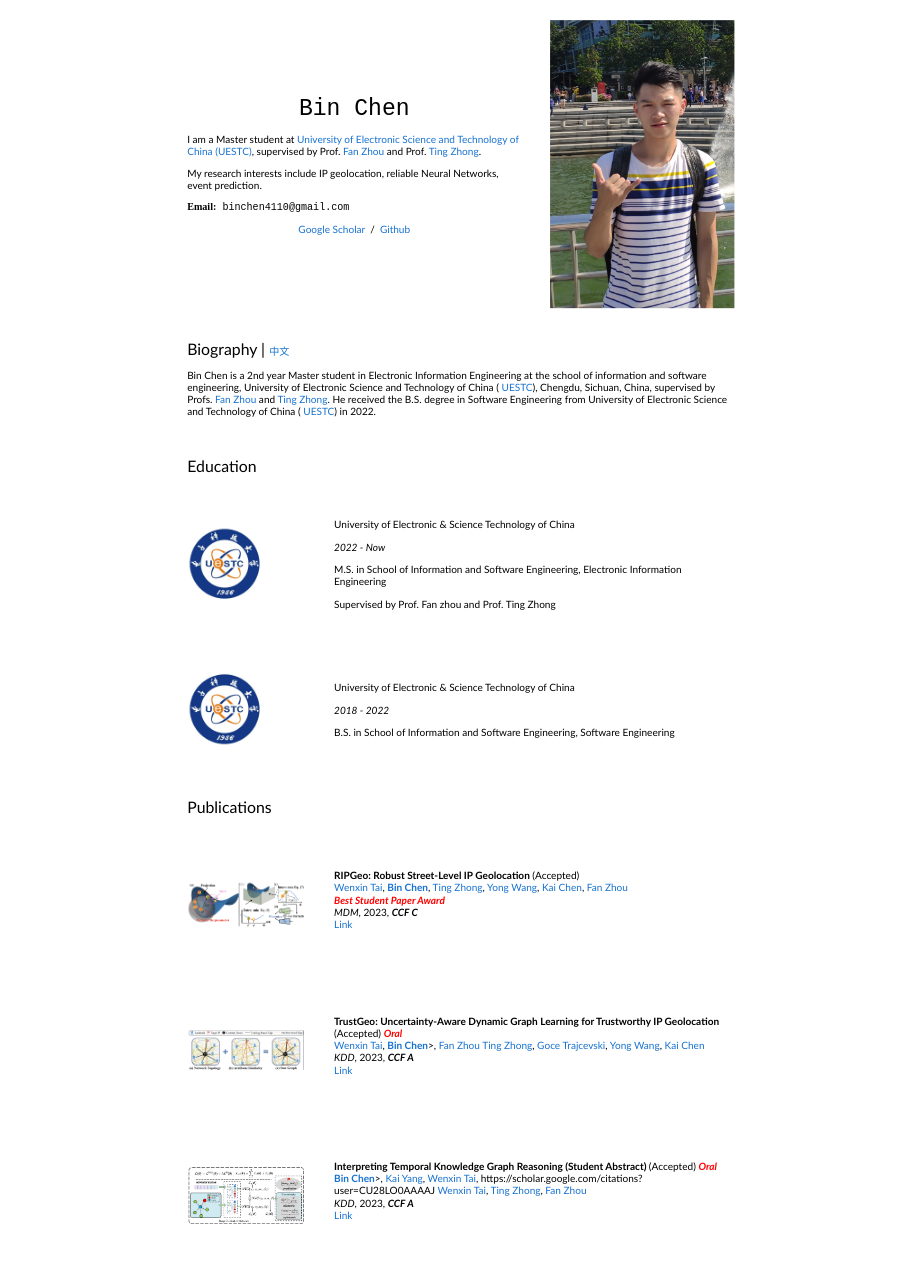
Repository: b1nchen/b1nchen.github.io
Page: index.html
The author's editor kept a copy of each file at every save. The page is drawn from the files as they stood at one save, then again after a run of saves.
The browser window is 1280 px wide. The pictures show the part of the page from y = 0 to 1773 px (the page is 2141 px tall), at 72% of full size.
A picture or video elsewhere on the page could not be fetched, so the positions and the page height are approximate.

Above is the page before, as saved 2023-12-31 08:26:28.

### index.html
<!DOCTYPE HTML>
<html lang="en">

<head>
  <meta http-equiv="Content-Type" content="text/html; charset=UTF-8">

  <title>Bin Chen</title>

  <meta name="author" content="Bin Chen">
  <meta name="viewport" content="width=device-width, initial-scale=1">

  <link rel="stylesheet" type="text/css" href="stylesheet.css">
  <link rel="icon" href="images/uestc_icon.jpeg">
</head>

<body>

  <table
    style="width:100%;max-width:800px;border:0px;border-spacing:0px;border-collapse:separate;margin-right:auto;margin-left:auto;">
    <tbody>
      <tr style="padding:0px">
        <td style="padding:0px">
          <table
            style="width:100%;border:0px;border-spacing:0px;border-collapse:separate;margin-right:auto;margin-left:auto;">
            <tbody>
              <tr style="padding:0px">
                <td style="padding:2.5%;width:63%;vertical-align:middle">
                  <p style="text-align:center">
                    <name>Bin Chen</name>
                  </p>
                  <p>I am a Master student at <a href="https://en.uestc.edu.cn/">University of Electronic Science and
                      Technology of China (UESTC)</a>, supervised by Prof. <a
                      href="https://scholar.google.com/citations?user=Ihj2Rw8AAAAJ">Fan Zhou</a> and Prof. <a
                      href="https://scholar.google.com/citations?user=Mdr0XDkAAAAJ">Ting Zhong</a>.
                      <!-- <a href="xovee.cn">Xovee</a> also helps me a lot, as sa  -->
                  </p>
                  <p>
                    My research interests include IP geolocation, reliable Neural Networks, event prediction.
                  </p>
                  <p style="font-family: 'Courier New', Courier, monospace;">
                    <!-- <b style="font-family: 'Times New Roman', Times, serif;">Email:</b> <em>firstname</em>.<em>lastname</em>@ieee.org
                    <br>
                    &nbsp &nbsp &nbsp
                    <em>firstname</em>.<em>lastname</em>417@outlook.com <br> -->
                    <b style="font-family: 'Times New Roman', Times, serif;">
                      Email:</b> binchen4110@gmail.com
                     <br>

                  </p>
                  <p style="text-align:center">

                    <a href="https://scholar.google.com/citations?user=x3ufhFAAAAAJ/">Google Scholar</a>
                    &nbsp/&nbsp
                    <a href="https://github.com/binchen4110/">Github</a>
                  </p>

                </td>
                <td style="padding:2.5%;width:40%;max-width:40%">
                  <a href="images/profile.jpg"><img style="width:100%;max-width:100%" alt="profile photo"
                      src="images/profile.jpg" class="hoverZoomLink"></a>
                </td>
              </tr>
            </tbody>
          </table>

          <table
            style="width:100%;border:0px;border-spacing:0px;border-collapse:separate;margin-right:auto;margin-left:auto;">
            <tbody>
              <tr>
                <td style="padding:20px;width:100%;vertical-align:middle">
                  <heading>Biography |
                    <a href="index_CHN.html">中文</a>
                  </heading>
                  <p>
                    Bin Chen is a 2nd year Master student in Electronic Information Engineering at the school of information and
                    software engineering, University of Electronic Science and Technology of China (<a
                      href="https://en.uestc.edu.cn/"> UESTC</a>), Chengdu, Sichuan, China, supervised by Profs. <a
                      href="https://scholar.google.com/citations?user=Ihj2Rw8AAAAJ">Fan Zhou</a> and <a
                      href="https://scholar.google.com/citations?user=Mdr0XDkAAAAJ">Ting Zhong</a>. He received the B.S.
                    degree in Software Engineering from University of Electronic Science and Technology of China (<a
                      href="https://www.uestc.edu.cn/"> UESTC</a>) in 2022.
                  </p>
                  <!-- <p>
                    He is a (student) member of the IEEE.
                  </p> -->
                </td>
              </tr>
            </tbody>
          </table>

          <table
            style="width:100%;border:0px;border-spacing:0px;border-collapse:separate;margin-right:auto;margin-left:auto;">
            <tbody>
              <tr>
                <td style="padding:20px;width:100%;vertical-align:middle">
                  <heading>Education</heading>
                </td>
              </tr>
            </tbody>
          </table>
          <table width="100%" align="center" border="0" cellpadding="20">
            <tbody>

              <tr>
                <td style="padding:20px;width:25%;vertical-align:middle">
                  <div class="flexbox">
                    <img src='images/uestc_icon.jpeg' width="100px">
                  </div>
                </td>
                <td style="padding:20px;width:75%;vertical-align:middle">
                  <p>University of Electronic & Science Technology of China</p>
                  <em>2022 - Now</em>
                  <p>M.S. in School of Information and Software Engineering, Electronic Information Engineering</p>
                  <p>Supervised by Prof. Fan zhou and Prof. Ting Zhong</p>

                </td>
              </tr>


              <tr>
                <td style="padding:20px;width:25%;vertical-align:middle">
                  <div class="flexbox">
                    <img src='images/uestc_icon.jpeg' width="100px">
                  </div>
                </td>
                <td style="padding:20px;width:75%;vertical-align:middle">
                  <p>University of Electronic & Science Technology of China</p>
                  <em> 2018 -  2022 </em>
                  <p> B.S. in School of Information and Software Engineering, Software Engineering</p>
                </td>
              </tr>


            </tbody>
          </table>


          <table width="100%" align="center" border="0" cellspacing="0" cellpadding="20">
            <tbody>
              <tr>
                <td>
                  <heading>Publications</heading>
                </td>
              </tr>
            </tbody>
          </table>
          <table width="100%" align="center" border="0" cellpadding="20">
            <tbody>

            <!-- MDM 2023 -->
              <tr onmouseout="ripgeo_data()" onmouseover="ripgeo_para()">
                <td style="padding:20px;width:25%;vertical-align:middle">
                  <div class="one">
                    <div class="two" id='data'>
                      <img src='images/ripgeo_perturb_data.png' width="160">


                    </div>
                    <img src="images/ripgeo_perturb_para.png" width="160">
                  </div>
                  <script type="text/javascript">
                    function ripgeo_data() {
                      document.getElementById('data').style.opacity = "0";
                    }

                    function ripgeo_para() {
                      document.getElementById('data').style.opacity = "1";
                    }
                    ripgeo_data()
                  </script>
                </td>
                <td style="padding:20px;width:75%;vertical-align:middle">

                  <papertitle>RIPGeo: Robust Street-Level IP Geolocation </papertitle>(Accepted)

                  <br>

                  <a href="https://scholar.google.com/citations?user=YyxocAIAAAAJ">Wenxin Tai</a>,
                  <a href="https://scholar.google.com/citations?user=x3ufhFAAAAAJ"><strong>Bin Chen</strong></a>,
                  <a href="https://scholar.google.com/citations?user=Mdr0XDkAAAAJ">Ting Zhong</a>,
                  <a>Yong Wang</a>,
                  <a href="https://scholar.google.com/citations?user=tnRV5QYAAAAJ">Kai Chen</a>,
                  <a href="https://scholar.google.com/citations?user=Ihj2Rw8AAAAJ">Fan Zhou</a>

                  <br>
                  <em><b style="color:red">Best Student Paper Award</b></em>
                  <br>
                  <em>MDM</em>, 2023, <em><strong>CCF C</strong></em>
                  <br>

                  <a href="https://drive.google.com/file/d/1j4smzenp6JkSxMC43B8BnPLQ7Mr1zgMb/view?usp=sharing">Link</a>


                  <!-- <a href="https://ieeexplore.ieee.org/document/9747900">链接</a>,
                  <a href="https://youtu.be/uT1pEfHbo14">视频</a>,
                  <a href="papers/ICASSP_5513_poster.pdf">海报</a>,
                  <a href="papers/ICASSP_slides.pptx">幻灯片</a>,
                  <a href="papers/ICASSP_2022_FUFI.pdf">下载</a>
                  <p></p>
                  <p>We incorporate evidential learning into IP geolocation to improve the stability of the system.. -->
                  </p>
                </td>
              </tr>


              <!-- KDD 2023 -->
              <tr onmouseout="FUFI_intro()" onmouseover="FUFI_end()">
                <td style="padding:20px;width:25%;vertical-align:middle">
                  <div class="one">
                    <div class="two" id='method'>
                      <img src='images/trustgeo_method.png' width="160">


                    </div>
                    <img src="images/trustgeo_model.png" width="160">
                  </div>
                  <script type="text/javascript">
                    function FUFI_intro() {
                      document.getElementById('method').style.opacity = "0";
                    }

                    function FUFI_end() {
                      document.getElementById('method').style.opacity = "1";
                    }
                    FUFI_intro()
                  </script>
                </td>
                <td style="padding:20px;width:75%;vertical-align:middle">

                  <papertitle>TrustGeo: Uncertainty-Aware Dynamic Graph Learning for Trustworthy IP Geolocation </papertitle>(Accepted) <em><b style="color:red">Oral</b></em>


                  <br>
                  <a href="https://scholar.google.com/citations?user=YyxocAIAAAAJ">Wenxin Tai</a>,
                  <a href="https://scholar.google.com/citations?user=x3ufhFAAAAAJ"><strong>Bin Chen</strong></a>>,
                  <a href="https://scholar.google.com/citations?user=Ihj2Rw8AAAAJ">Fan Zhou</a>
                  <a href="https://scholar.google.com/citations?user=Mdr0XDkAAAAJ">Ting Zhong</a>,
                  <a href="https://scholar.google.com/citations?user=Avus2kcAAAAJ">Goce Trajcevski</a>,
                  <a>Yong Wang</a>,
                  <a href="https://scholar.google.com/citations?user=tnRV5QYAAAAJ">Kai Chen</a>
                  <br>
                  <em>KDD</em>, 2023, <em><strong>CCF A</strong></em>
                  <br>

                  <a href="https://drive.google.com/file/d/1PgxtmzdQAYr9Ti3rvHGgnyf05PbP-WwI/view?usp=drive_link">Link</a>
                  <!-- <a href="https://ieeexplore.ieee.org/document/9747900">链接</a>,
                  <a href="https://youtu.be/uT1pEfHbo14">视频</a>,
                  <a href="papers/ICASSP_5513_poster.pdf">海报</a>,
                  <a href="papers/ICASSP_slides.pptx">幻灯片</a>,
                  <a href="papers/ICASSP_2022_FUFI.pdf">下载</a>
                  <p></p>
                  <p>We incorporate evidential learning into IP geolocation to improve the stability of the system.. -->
                  </p>
                </td>
              </tr>

             <!-- AAAI 2024 poster -->
             <tr onmouseout="FUFI_intro()" onmouseover="FUFI_end()">
              <td style="padding:20px;width:25%;vertical-align:middle">
                <div class="one">
                  <div class="two" id='method'>
                    <img src='images/trustgeo_method.png' width="160">


                  </div>
                  <img src="images/trustgeo_model.png" width="160">
                </div>
                <script type="text/javascript">
                  function FUFI_intro() {
                    document.getElementById('method').style.opacity = "0";
                  }

                  function FUFI_end() {
                    document.getElementById('method').style.opacity = "1";
                  }
                  FUFI_intro()
                </script>
              </td>
              <td style="padding:20px;width:75%;vertical-align:middle">

                <papertitle>Interpreting Temporal Knowledge Graph Reasoning (Student Abstract) </papertitle>(Accepted) <em><b style="color:red">Oral</b></em>


                <br>

                <a href="https://scholar.google.com/citations?user=x3ufhFAAAAAJ"><strong>Bin Chen</strong></a>>,
                <a >Kai Yang</a>,
                <a href="https://scholar.google.com/citations?user=YyxocAIAAAAJ">Wenxin Tai</a>,
                https://scholar.google.com/citations?user=CU28LO0AAAAJ
                <a href="https://scholar.google.com/citations?user=YyxocAIAAAAJ">Wenxin Tai</a>,
                <a href="https://scholar.google.com/citations?user=Mdr0XDkAAAAJ">Ting Zhong</a>,
                <a href="https://scholar.google.com/citations?user=Ihj2Rw8AAAAJ">Fan Zhou</a>

                <br>
                <em>KDD</em>, 2023, <em><strong>CCF A</strong></em>
                <br>

                <a href="https://drive.google.com/file/d/1PgxtmzdQAYr9Ti3rvHGgnyf05PbP-WwI/view?usp=drive_link">Link</a>
                <!-- <a href="https://ieeexplore.ieee.org/document/9747900">链接</a>,
                <a href="https://youtu.be/uT1pEfHbo14">视频</a>,
                <a href="papers/ICASSP_5513_poster.pdf">海报</a>,
                <a href="papers/ICASSP_slides.pptx">幻灯片</a>,
                <a href="papers/ICASSP_2022_FUFI.pdf">下载</a>
                <p></p>
                <p>We incorporate evidential learning into IP geolocation to improve the stability of the system.. -->
                </p>
              </td>
            </tr>


            </tbody>
          </table>
        </td>
      </tr>

    </table>

  <center>


  <p>
    <font size="2">
      <font size="2">
        <font size="2">&nbsp;<br>
          &nbsp; <a href="https://www.easycounter.com/">
            <img src="https://www.easycounter.com/counter.php?hyson"
            border="0" alt="Web Site Hit Counter"></a> <i>
            <font face="Arial" size="2">unique visitors since Feburary 2023</font>
          </i></font>
      </font>
    </font>
  </p>



  <p style="color: #AAAAAA;">© 2023 Bin Chen | Powered by <a href="https://pattonyu.github.io/">Haoyang Yu</a> and <a href="https://jonbarron.info/">Jon Barron </a> | updating time
    2023-02-28
        <!-- Friendly Link: <a href="https://xovee.cn">Xovee Xu</a> -->
    </p>
  </center>
</body>

</html>

### stylesheet.css
/* latin-ext */
@font-face {
  font-family: 'Lato';
  font-style: italic;
  font-weight: 400;
  src: local('Lato Italic'), local('Lato-Italic'), url(https://fonts.gstatic.com/s/lato/v15/S6u8w4BMUTPHjxsAUi-qNiXg7eU0.woff2) format('woff2');
  unicode-range: U+0100-024F, U+0259, U+1E00-1EFF, U+2020, U+20A0-20AB, U+20AD-20CF, U+2113, U+2C60-2C7F, U+A720-A7FF;
}
/* latin */
@font-face {
  font-family: 'Lato';
  font-style: italic;
  font-weight: 400;
  src: local('Lato Italic'), local('Lato-Italic'), url(https://fonts.gstatic.com/s/lato/v15/S6u8w4BMUTPHjxsAXC-qNiXg7Q.woff2) format('woff2');
  unicode-range: U+0000-00FF, U+0131, U+0152-0153, U+02BB-02BC, U+02C6, U+02DA, U+02DC, U+2000-206F, U+2074, U+20AC, U+2122, U+2191, U+2193, U+2212, U+2215, U+FEFF, U+FFFD;
}
/* latin-ext */
@font-face {
  font-family: 'Lato';
  font-style: italic;
  font-weight: 700;
  src: local('Lato Bold Italic'), local('Lato-BoldItalic'), url(https://fonts.gstatic.com/s/lato/v15/S6u_w4BMUTPHjxsI5wq_FQftx9897sxZ.woff2) format('woff2');
  unicode-range: U+0100-024F, U+0259, U+1E00-1EFF, U+2020, U+20A0-20AB, U+20AD-20CF, U+2113, U+2C60-2C7F, U+A720-A7FF;
}
/* latin */
@font-face {
  font-family: 'Lato';
  font-style: italic;
  font-weight: 700;
  src: local('Lato Bold Italic'), local('Lato-BoldItalic'), url(https://fonts.gstatic.com/s/lato/v15/S6u_w4BMUTPHjxsI5wq_Gwftx9897g.woff2) format('woff2');
  unicode-range: U+0000-00FF, U+0131, U+0152-0153, U+02BB-02BC, U+02C6, U+02DA, U+02DC, U+2000-206F, U+2074, U+20AC, U+2122, U+2191, U+2193, U+2212, U+2215, U+FEFF, U+FFFD;
}
/* latin-ext */
@font-face {
  font-family: 'Lato';
  font-style: normal;
  font-weight: 400;
  src: local('Lato Regular'), local('Lato-Regular'), url(https://fonts.gstatic.com/s/lato/v15/S6uyw4BMUTPHjxAwXiWtFCfQ7A.woff2) format('woff2');
  unicode-range: U+0100-024F, U+0259, U+1E00-1EFF, U+2020, U+20A0-20AB, U+20AD-20CF, U+2113, U+2C60-2C7F, U+A720-A7FF;
}
/* latin */
@font-face {
  font-family: 'Lato';
  font-style: normal;
  font-weight: 400;
  src: local('Lato Regular'), local('Lato-Regular'), url(https://fonts.gstatic.com/s/lato/v15/S6uyw4BMUTPHjx4wXiWtFCc.woff2) format('woff2');
  unicode-range: U+0000-00FF, U+0131, U+0152-0153, U+02BB-02BC, U+02C6, U+02DA, U+02DC, U+2000-206F, U+2074, U+20AC, U+2122, U+2191, U+2193, U+2212, U+2215, U+FEFF, U+FFFD;
}
/* latin-ext */
@font-face {
  font-family: 'Lato';
  font-style: normal;
  font-weight: 700;
  src: local('Lato Bold'), local('Lato-Bold'), url(https://fonts.gstatic.com/s/lato/v15/S6u9w4BMUTPHh6UVSwaPGQ3q5d0N7w.woff2) format('woff2');
  unicode-range: U+0100-024F, U+0259, U+1E00-1EFF, U+2020, U+20A0-20AB, U+20AD-20CF, U+2113, U+2C60-2C7F, U+A720-A7FF;
}
/* latin */
@font-face {
  font-family: 'Lato';
  font-style: normal;
  font-weight: 700;
  src: local('Lato Bold'), local('Lato-Bold'), url(https://fonts.gstatic.com/s/lato/v15/S6u9w4BMUTPHh6UVSwiPGQ3q5d0.woff2) format('woff2');
  unicode-range: U+0000-00FF, U+0131, U+0152-0153, U+02BB-02BC, U+02C6, U+02DA, U+02DC, U+2000-206F, U+2074, U+20AC, U+2122, U+2191, U+2193, U+2212, U+2215, U+FEFF, U+FFFD;
}

a {
  color: #1772d0;
  text-decoration: none;
}

a:focus,
a:hover {
  color: #f09228;
  text-decoration: none;
}

body,
td,
th,
tr,
p,
a {
  font-family: 'Lato', Verdana, Helvetica, sans-serif;
  font-size: 14px
}

strong {
  font-family: 'Lato', Verdana, Helvetica, sans-serif;
  font-size: 14px;
}

heading {
  font-family: 'Lato', Verdana, Helvetica, sans-serif;
  font-size: 22px;
}

papertitle {
  font-family: 'Lato', Verdana, Helvetica, sans-serif;
  font-size: 14px;
  font-weight: 700
}

name {
  font-family: 'Courier New', Courier, monospace;
  font-size: 32px;
}


.flexbox{
  width: 160px;
  height: 160px;
  display: flex;
  align-items: center;
  justify-items: center;
  /* text-align: center; */
}

.flexbox img{
  justify-items: center;
  align-items: center;
  /* text-align: center; */
}


.one {
  width: 160px;
  height: 160px;
  display: flex;
  position: relative;
  align-items: center;
}

.one img{
  width: 160px;
  align-items: center;
}

.two {
  width: 160px;
  height: 160px;
  display: flex;
  position: absolute;
  transition: opacity .2s ease-in-out;
  -moz-transition: opacity .2s ease-in-out;
  -webkit-transition: opacity .2s ease-in-out;
  align-items: center;
}

.two img{
  width: 160px;
  align-items: center;
}

.fade {
  transition: opacity .2s ease-in-out;
  -moz-transition: opacity .2s ease-in-out;
  -webkit-transition: opacity .2s ease-in-out;
}

span.highlight {
  background-color: #ffffd0;
}

After the next 2 saves:
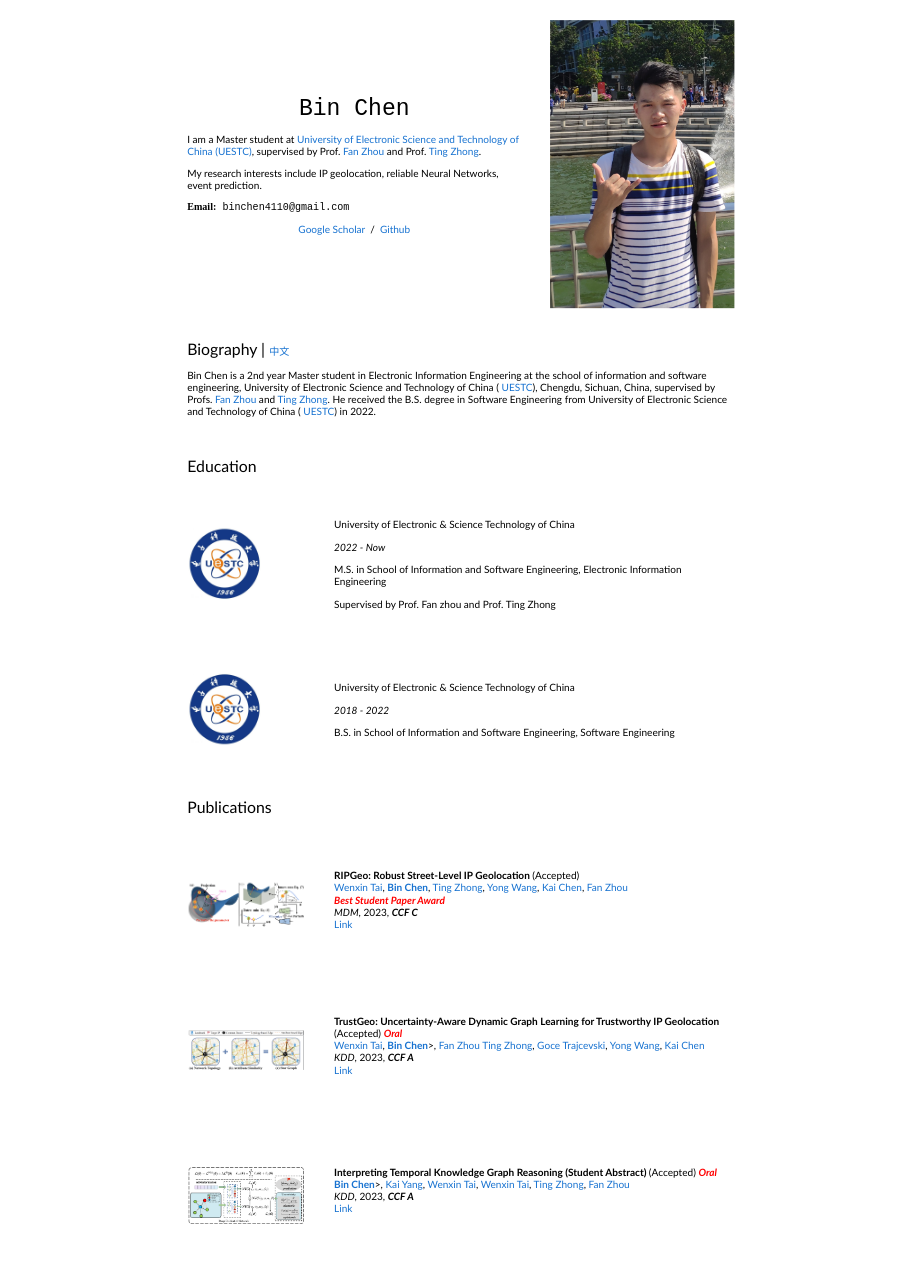
The 2 saves are shown as one change because they came seconds apart.
The last was saved 13 s later.
--- a/index.html
+++ b/index.html
@@ -286,8 +286,7 @@
                 <a href="https://scholar.google.com/citations?user=x3ufhFAAAAAJ"><strong>Bin Chen</strong></a>>,
                 <a >Kai Yang</a>,
                 <a href="https://scholar.google.com/citations?user=YyxocAIAAAAJ">Wenxin Tai</a>,
-                https://scholar.google.com/citations?user=CU28LO0AAAAJ
-                <a href="https://scholar.google.com/citations?user=YyxocAIAAAAJ">Wenxin Tai</a>,
+                <a href="https://scholar.google.com/citations?user=CU28LO0AAAAJ">Wenxin Tai</a>,
                 <a href="https://scholar.google.com/citations?user=Mdr0XDkAAAAJ">Ting Zhong</a>,
                 <a href="https://scholar.google.com/citations?user=Ihj2Rw8AAAAJ">Fan Zhou</a>
 
